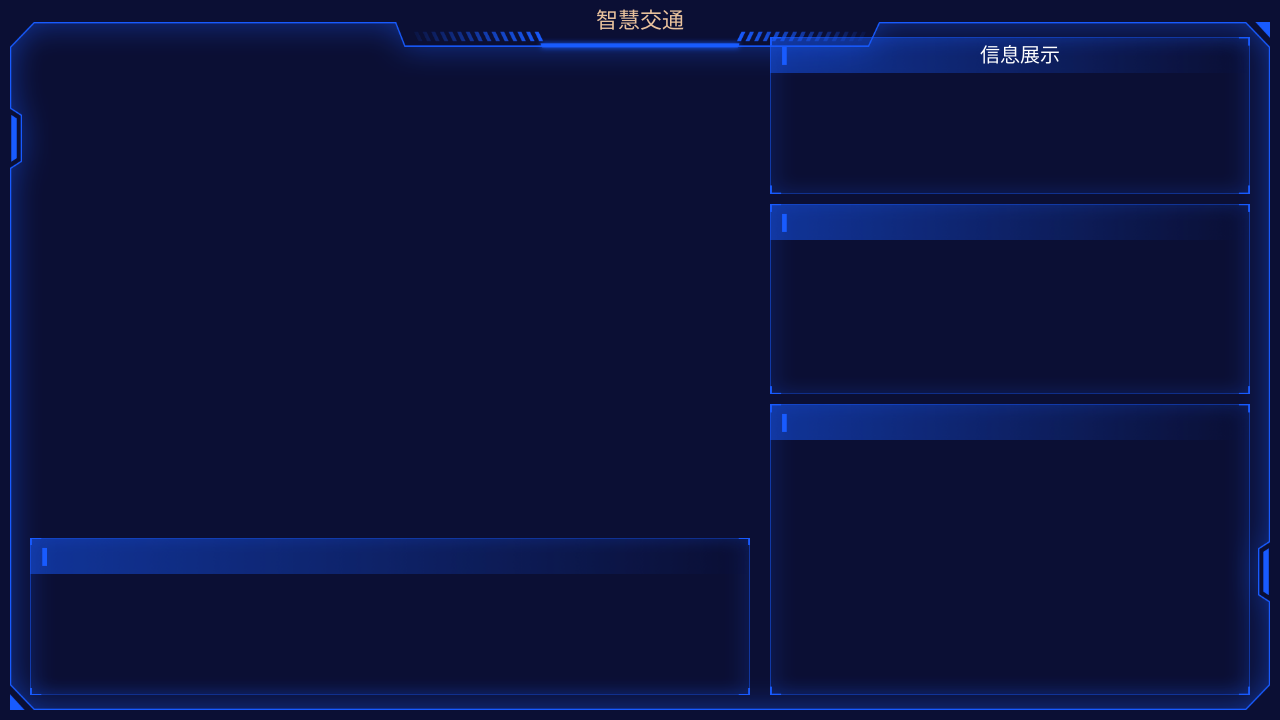
Repository: lizzie7d/smart-traffic
Page: /
An editor plug-in stored every save of this project. The page is shown before and after the next save, followed by the edit.
The browser window is 1280 px wide. The pictures show the whole page.
The project was rebuilt for these pictures with package versions that can differ from the ones it lists, and the page was loaded fresh each time.

Above is the page before, as saved 2023-04-12 09:46:51.

After the next save:
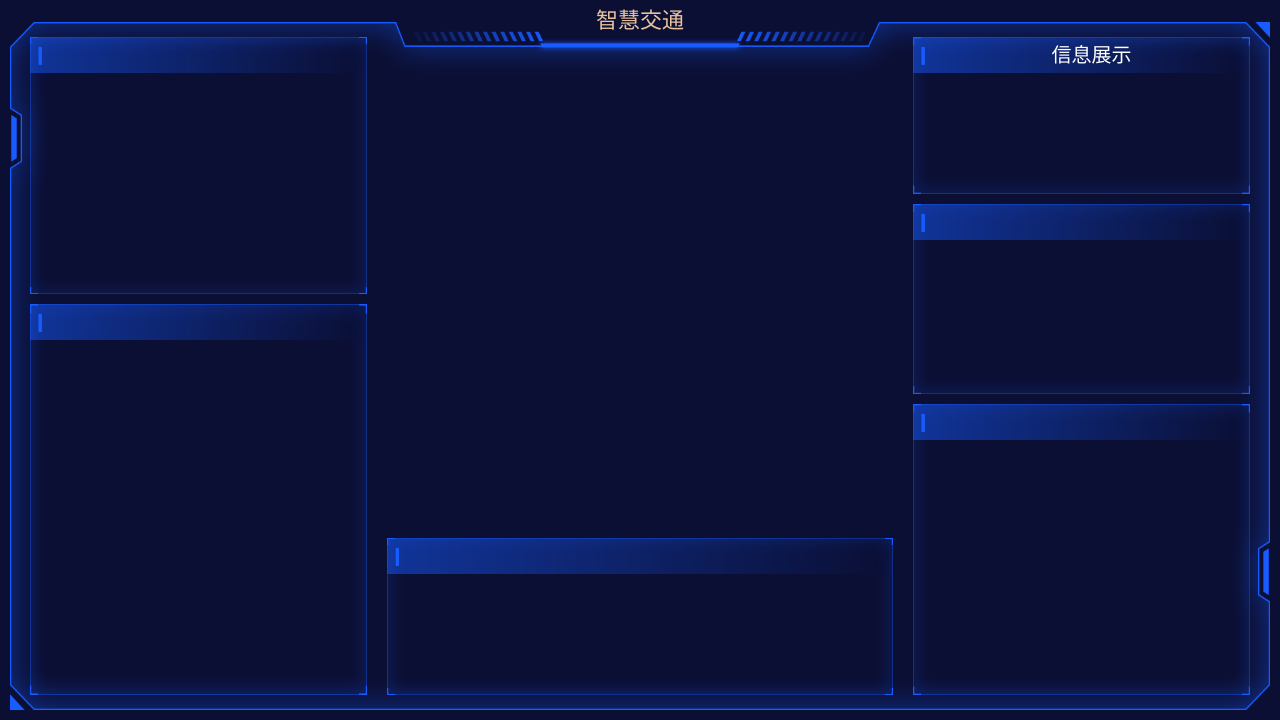
Saved 13 min 52 s later.
--- a/src/App.js
+++ b/src/App.js
@@ -14,7 +14,7 @@ function App() {
       </div>
       <div class="wrapper">
         <div class="content">
-          {/* <div class="col col-l">
+          <div class="col col-l">
             <div class="xpanel-wrapper xpanel-wrapper-40">
               <div class="xpanel xpanel-l-t">
                 <div class="title"></div>
@@ -25,7 +25,7 @@ function App() {
                 <div class="title"></div>
               </div>
             </div>
-          </div> */}
+          </div>
           <div class="col col-c">
             <div class="xpanel-wrapper xpanel-wrapper-75">
               <div class="xpanel no-bg"></div>
